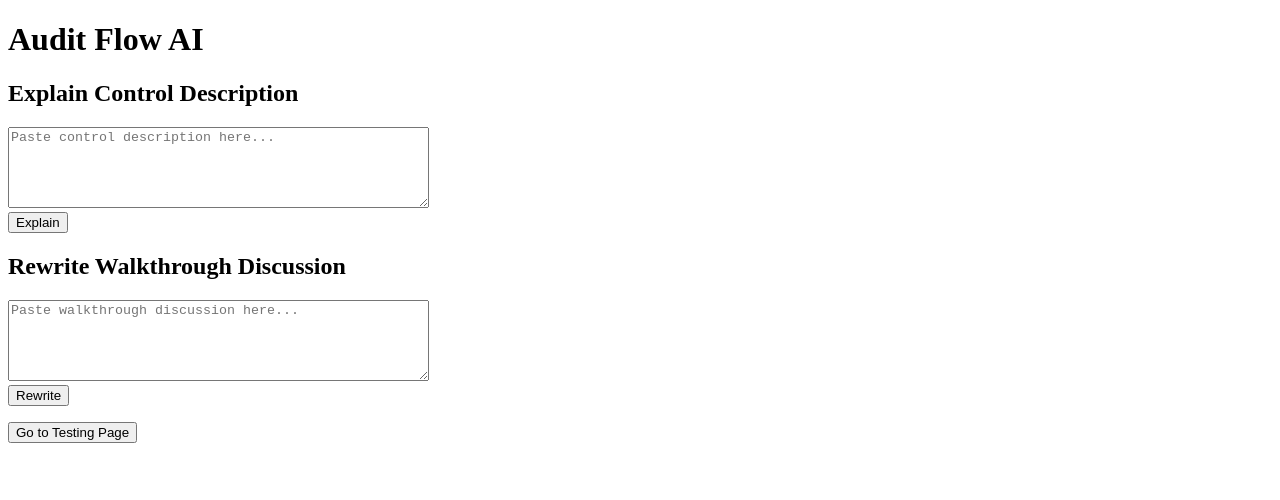
Repository: Adeolaode0/Audit-Flow-AI
Page: http://localhost/
The author's editor kept a copy of each file at every save. The page is drawn from the files as they stood at one save, then again after the next save.
The browser window is 1280 px wide. The pictures show the whole page.
The page is served by the project's application, run on Flask 3 (app.py).

Above is the page before, as saved 2025-07-11 01:56:31.

After the next save:
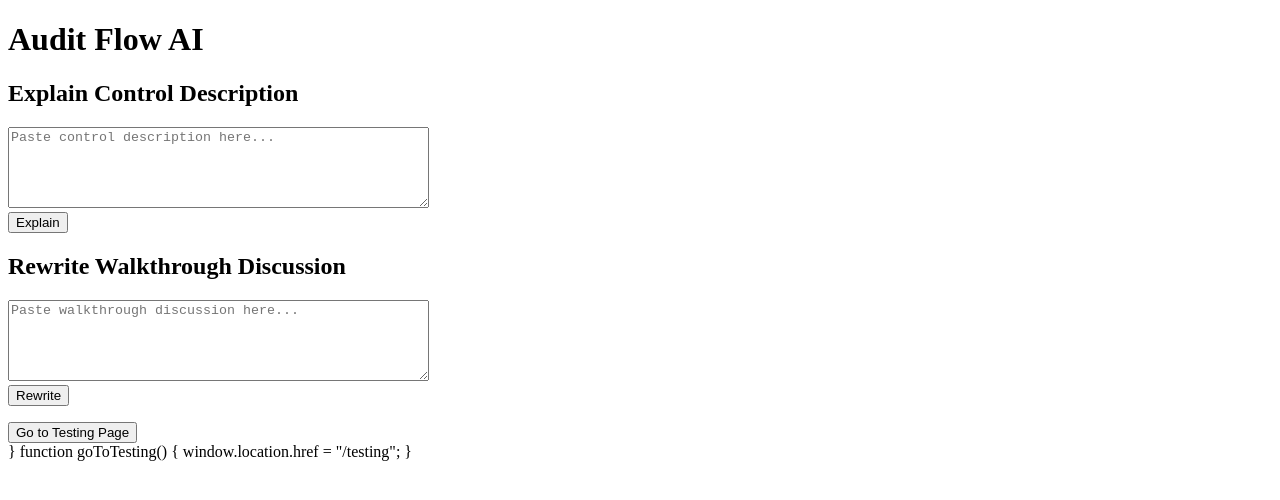
Saved 11 h 36 min later.
--- a/templates/index.html
+++ b/templates/index.html
@@ -49,6 +49,8 @@
             const result = await response.json();
             document.getElementById("rewrite-result").innerText = result.narrative || result.error;
         }
+    </script>
+        }
 
         function goToTesting() {
             window.location.href = "/testing";

After the save that followed:
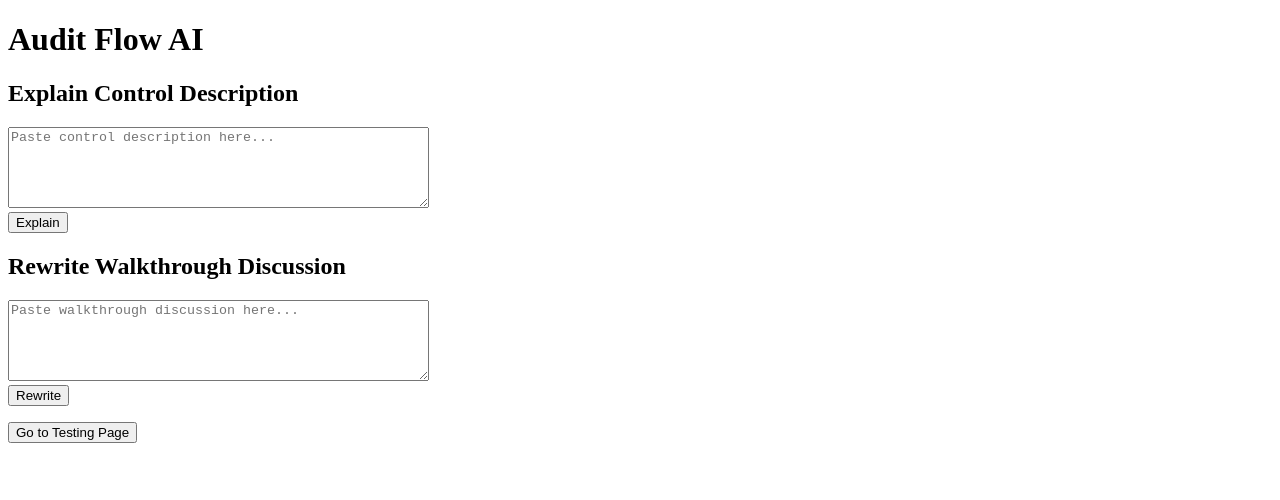
Saved 59 s later.
--- a/templates/index.html
+++ b/templates/index.html
@@ -49,8 +49,6 @@
             const result = await response.json();
             document.getElementById("rewrite-result").innerText = result.narrative || result.error;
         }
-    </script>
-        }
 
         function goToTesting() {
             window.location.href = "/testing";
